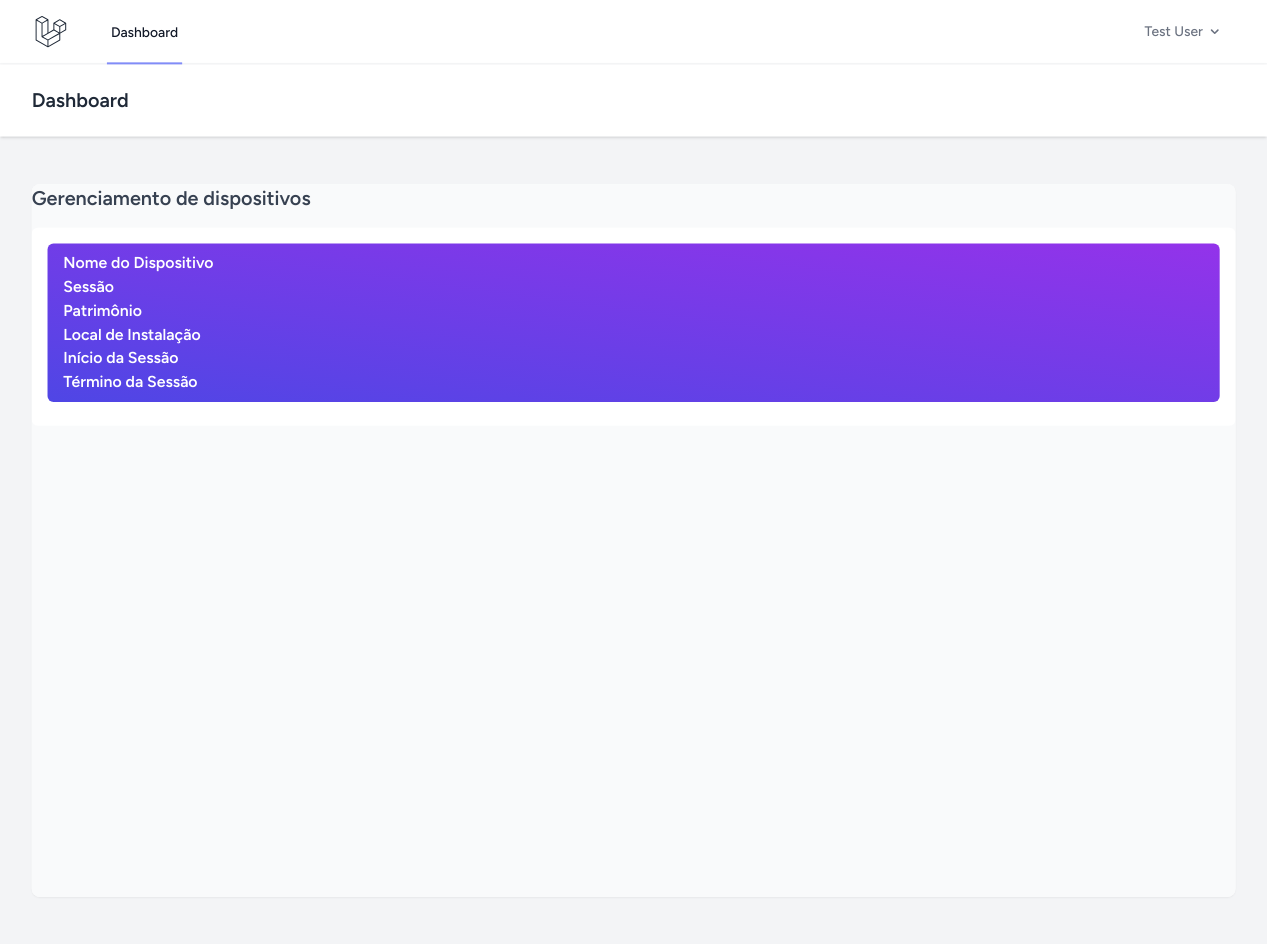
Repository: CrisMorgantee/device-logs
Page: http://localhost/dashboard
The author's editor kept a copy of each file at every save. The page is drawn from the files as they stood at one save, then again after the next save.
The browser window is 1280 px wide. The pictures show the whole page, at 99% of full size.
The page is served by the project's Laravel application, run on PHP 8.4 with Laravel 10. A made-up administrator, Test User (test@example.com), is signed in. Style sheets and scripts are compiled from the project's sources, by tool versions that may differ from the author's. Queries for data that is not in the repository find no rows.

Above is the page before, as saved 2023-04-14 22:42:40.

After the next save:
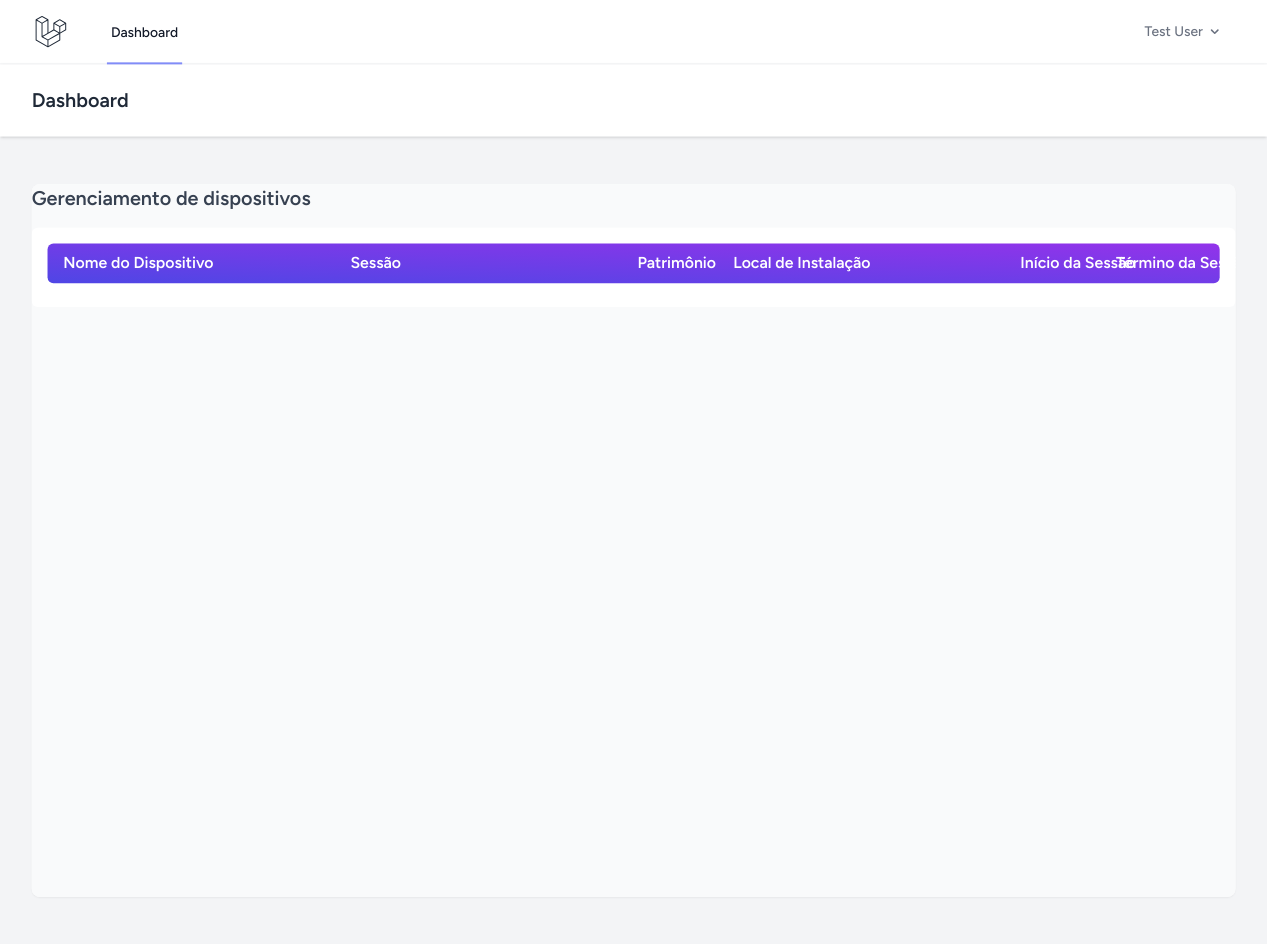
Saved 13 s later.
--- a/resources/views/dashboard.blade.php
+++ b/resources/views/dashboard.blade.php
@@ -13,7 +13,7 @@
           <div class="grid grid-cols-12 gap-2 rounded-md bg-white p-4">
 
             <div
-              class="text-md col-span-12 rounded-md bg-gradient-to-tr from-indigo-600 to-purple-600 py-2 px-4 font-bold text-white">
+              class="text-md col-span-12 grid grid-cols-12 gap-2 rounded-md bg-gradient-to-tr from-indigo-600 to-purple-600 py-2 px-4 font-bold text-white">
               <div class="col-span-3">
                 <span>Nome do Dispositivo</span>
               </div>
